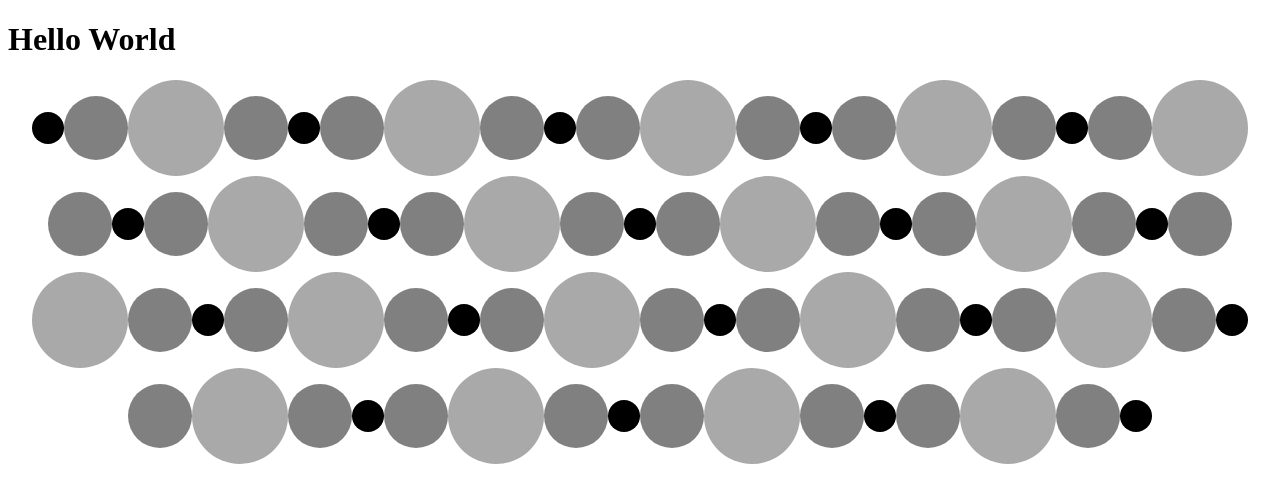
Repository: sarahlochhead/css-demo
Page: index.html
An editor plug-in stored every save of this project. The page is shown before and after the next save, followed by the edit.
The browser window is 1280 px wide. The pictures show the whole page.

Above is the page before, as saved 2023-04-28 12:31:53.

After the next save:
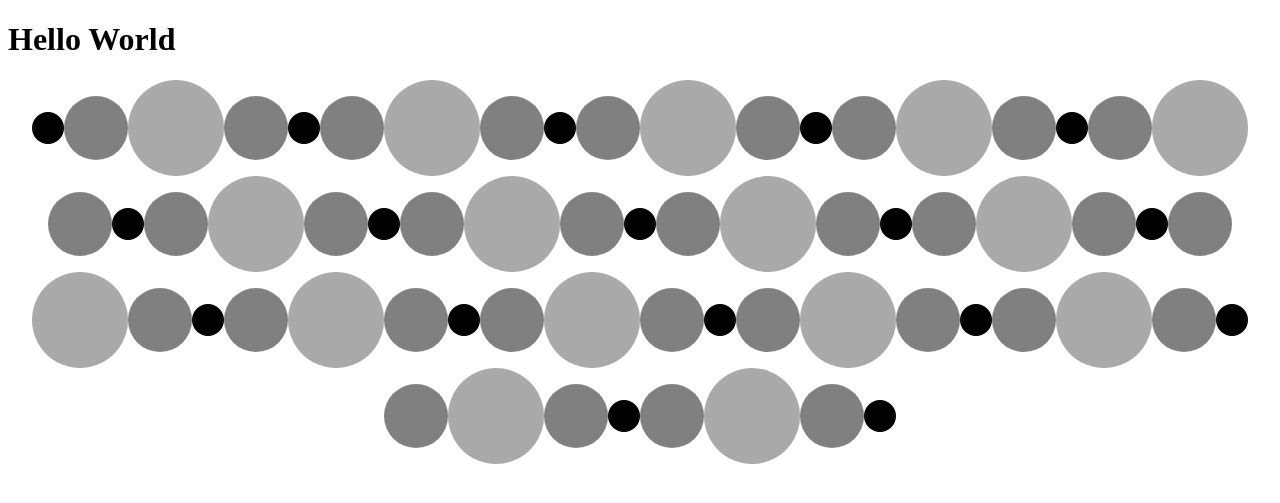
Saved 50 s later.
--- a/index.html
+++ b/index.html
@@ -77,15 +77,7 @@
         <div class="large"></div>
         <div class="medium"></div>
         <div class="small"></div>
-        <div class="medium"></div>
-        <div class="large"></div>
-        <div class="medium"></div>
-        <div class="small"></div>
-        <div class="medium"></div>
-        <div class="large"></div>
-        <div class="medium"></div>
-        <div class="small"></div>
-    </div>
+
 
 
 
